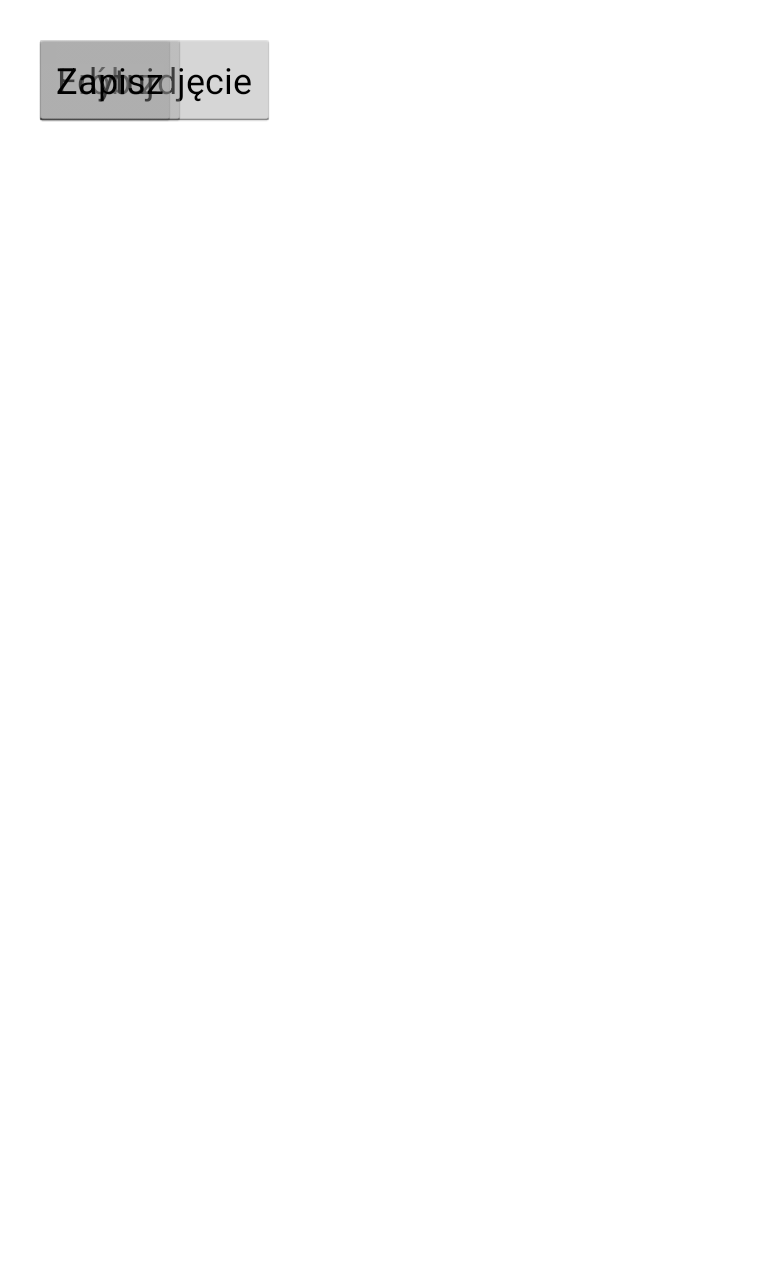
Repository: marvhew/EF
Layout: EFProject/res/layout/activity_main.xml
These files come from the project's save history. The layout is drawn as it stood at one moment and after the next save; the edit follows.
It is drawn on a 768 x 1280 px phone screen (xhdpi) without system bars, with theme AppTheme; the app's code is not run.

Above is the layout before, as saved 2015-01-25 19:22:37.

After the next save:
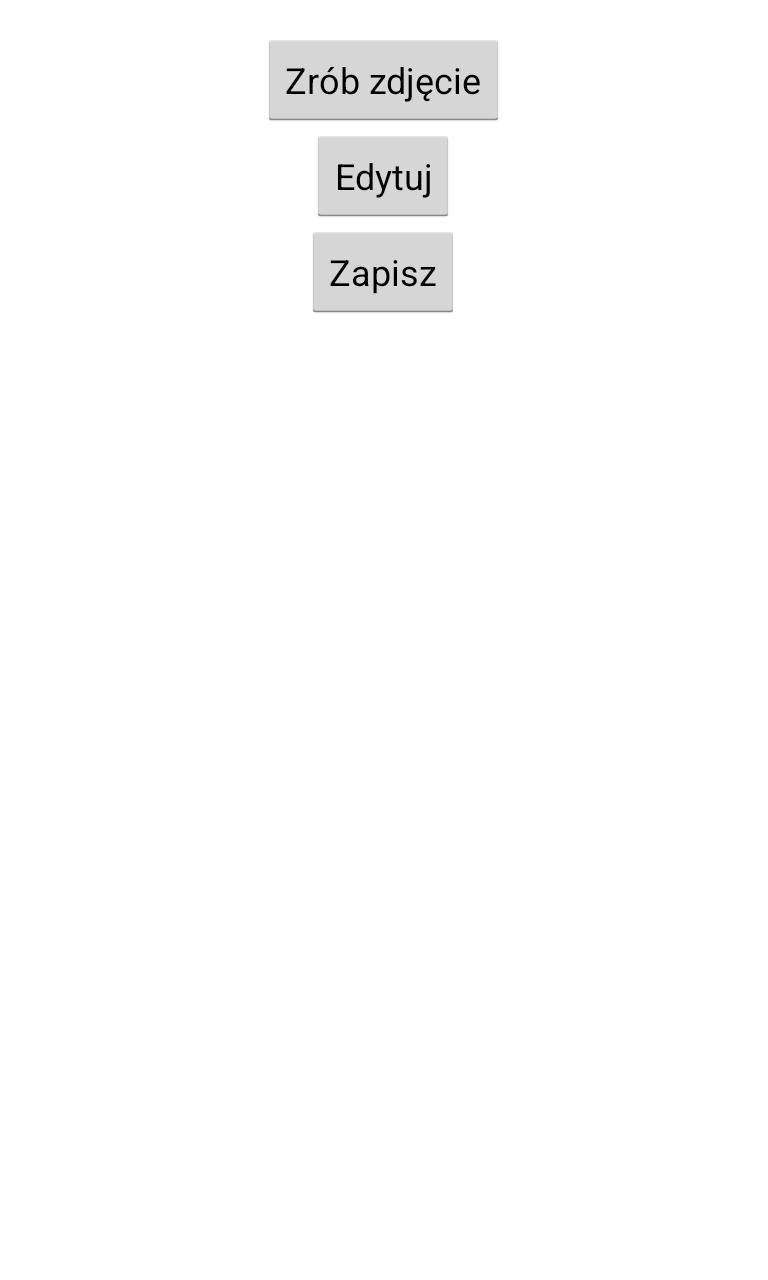
Saved 3 min 21 s later.
--- a/EFProject/res/layout/activity_main.xml
+++ b/EFProject/res/layout/activity_main.xml
@@ -1,38 +1,52 @@
-<AbsoluteLayout xmlns:android="http://schemas.android.com/apk/res/android"
+<GridLayout xmlns:android="http://schemas.android.com/apk/res/android"
     xmlns:tools="http://schemas.android.com/tools"
-    android:id="@+id/AbsoluteLayout1"
+    android:id="@+id/GridLayout1"
     android:layout_width="match_parent"
     android:layout_height="match_parent"
+    android:columnCount="6"
+    android:orientation="horizontal"
     android:paddingBottom="@dimen/activity_vertical_margin"
     android:paddingLeft="@dimen/activity_horizontal_margin"
     android:paddingRight="@dimen/activity_horizontal_margin"
     android:paddingTop="@dimen/activity_vertical_margin"
+    android:rowCount="8"
     tools:context="com.example.efproject.MainActivity" >
 
+    <Space
+        android:layout_column="4"
+        android:layout_gravity="fill_vertical"
+        android:layout_row="3" />
+
     <Button
-        android:id="@+id/Btn_TakePhoto"
-        android:layout_width="wrap_content"
-        android:layout_height="wrap_content"
-        android:onClick="ClickTakePhotoButton"
-        android:text="Zrób zdjęcie" />
+        android:id="@+id/Btn_SavePhoto"
+        android:layout_column="3"
+        android:layout_gravity="center_horizontal|top"
+        android:layout_row="6"
+        android:onClick="ClickSavePhotoButton"
+        android:text="Zapisz" />
 
     <Button
         android:id="@+id/Btn_EditPhoto"
-        android:layout_width="wrap_content"
-        android:layout_height="wrap_content"
+        android:layout_column="3"
+        android:layout_gravity="center_horizontal|top"
+        android:layout_row="4"
         android:onClick="ClickEditPhotoButton"
         android:text="Edytuj" />
 
     <Button
-        android:id="@+id/Btn_SavePhoto"
-        android:layout_width="wrap_content"
-        android:layout_height="wrap_content"
-        android:onClick="ClickSavePhotoButton"
-        android:text="Zapisz" />
+        android:id="@+id/Btn_TakePhoto"
+        android:layout_column="3"
+        android:layout_gravity="center_horizontal|top"
+        android:layout_row="1"
+        android:onClick="ClickTakePhotoButton"
+        android:text="Zrób zdjęcie" />
 
     <ImageView
         android:id="@+id/imageView1"
-        android:layout_width="wrap_content"
-        android:layout_height="wrap_content" />
+        android:layout_width="fill_parent"
+        android:layout_height="wrap_content"
+        android:layout_column="3"
+        android:layout_gravity="left|fill_vertical"
+        android:layout_row="7" />
 
-</AbsoluteLayout>
+</GridLayout>
